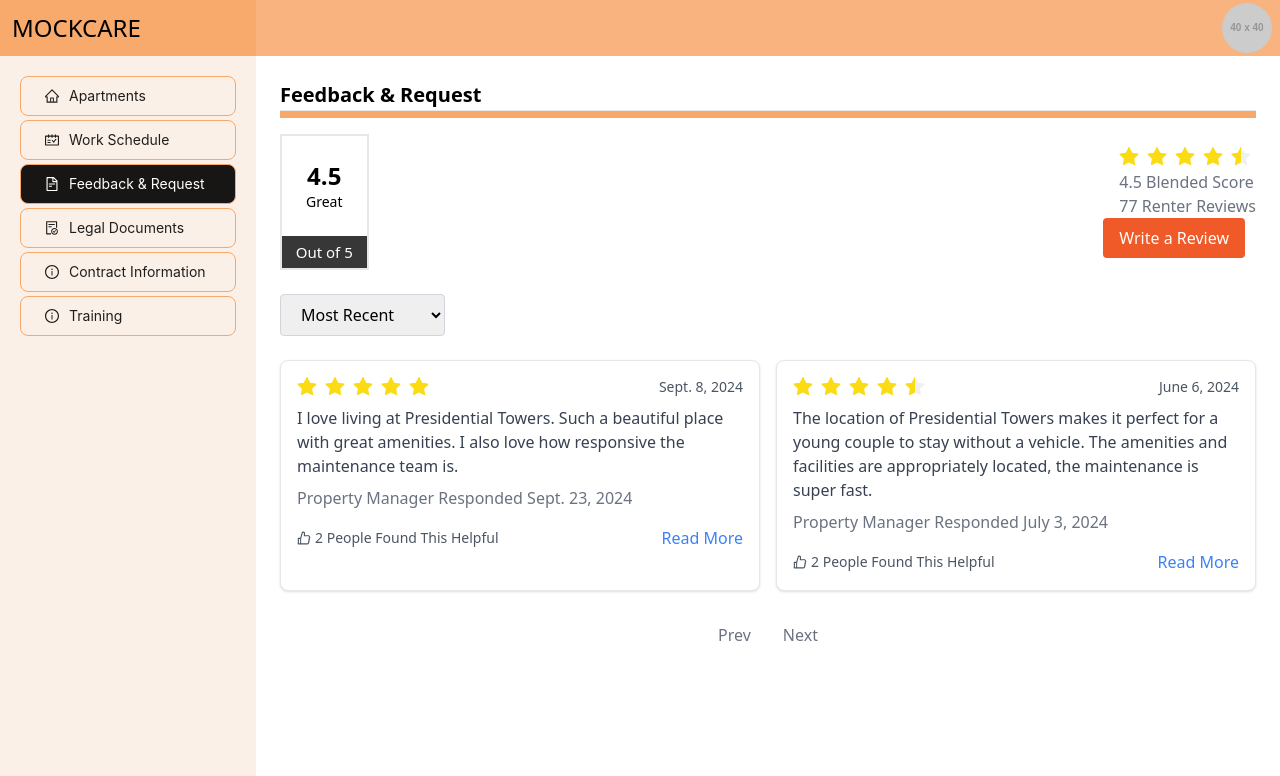
Repository: dunh-real/MockProject_102024_Nhom4
Page: / (app in frontend/)
An editor plug-in stored every save of this project. The page is shown before and after the next save, followed by the edit.
The browser window is 1280 px wide. The pictures show the whole page.
The project was rebuilt for these pictures with package versions that can differ from the ones it lists, and the page was loaded fresh each time. Also part of the build but not shown: frontend/vite.config.js, frontend/vite.config.ts, frontend/src/App.css, frontend/src/component/ReviewModal.tsx.

Above is the page before, as saved 2024-10-09 13:09:36.

### frontend/src/App.tsx

import './App.css'
import ReviewList from './pages/Feedback&Request/Feedback&Request'
// import LoginForm from './pages/Login/Login'

function App() {


  return (
    <>
      {/* <LoginForm/> */}
      <ReviewList/>
    </>
  )
}

export default App

### frontend/src/pages/Feedback&Request/Feedback&Request.tsx
import React, { useState } from 'react';
import { Rate } from 'antd'; // Dùng Antd cho Rate, có thể thay thế bằng biểu tượng của Tailwind nếu cần
import { LikeOutlined } from '@ant-design/icons';
import ReviewModal from '../../component/ReviewModal';
import Sidebar from '../../component/Sidebar';

interface Review {
    date: string;
    rating: number;
    text: string;
    managerResponse: string;
    helpfulCount: number;
}

const reviews: Review[] = [
    {
        date: 'Sept. 8, 2024',
        rating: 5,
        text: 'I love living at Presidential Towers. Such a beautiful place with great amenities. I also love how responsive the maintenance team is.',
        managerResponse: 'Property Manager Responded Sept. 23, 2024',
        helpfulCount: 2,
    },
    {
        date: 'June 6, 2024',
        rating: 4.5,
        text: 'The location of Presidential Towers makes it perfect for a young couple to stay without a vehicle. The amenities and facilities are appropriately located, the maintenance is super fast.',
        managerResponse: 'Property Manager Responded July 3, 2024',
        helpfulCount: 2,
    },
];

const ReviewList: React.FC = () => {
    const [showModal, setShowModal] = useState<boolean>(false);
    const [page, setPage] = useState<number>(1);

    const handlePageChange = (page: number) => {
        setPage(page);
    };

    const handleSortChange = (value: string) => {
        console.log(`Sort by: ${value}`);
    };

    return (
        <div className=" min-h-screen  bg-gray-50">
            <div className='flex  bg-[#f8a769d9]  justify-between items-center'>
                <div className=' bg-[#f8a769d9] p-3 w-1/5'>
                    <h1 className='text-2xl'>MOCKCARE</h1>
                </div>
                <div className="flex  justify-end">
                    <img
                        src="https://via.placeholder.com/40"
                        alt="Avatar"
                        className="rounded-full w-[50px] h-[50px] mr-2"
                    />
                </div>
            </div>
            <div className="flex">
                <Sidebar />
                <div className="w-4/5 p-6 bg-white">
                    <div className='mb-4'>
                        <h2 className='text-[20px] font-bold'>Feedback & Request</h2>
                        <hr className='h-[8px] bg-[#F8A869]' />
                    </div>
                    <div className="flex justify-between items-center mb-6">
                        <div className="flex flex-col border-2  items-center">
                            <div className=" text-center  p-6 ">
                                <div className=''>
                                    <p className="text-2xl font-bold">4.5</p>
                                    <p className="text-sm">Great</p>
                                </div>

                            </div>
                            <div className="text-xs w-full bg-[#000000c8]">
                                <p className='text-white p-2 text-[15px] text-center'>Out of 5</p>
                            </div>
                        </div>
                        <div>
                            <div className="ml-4">
                                <Rate allowHalf defaultValue={4.5} disabled />
                                <div className="text-gray-500">4.5 Blended Score</div>
                                <div className="text-gray-500">77 Renter Reviews</div>
                            </div>
                            <button
                                onClick={() => setShowModal(true)}
                                className="bg-[#f05a28] text-white px-4 py-2 rounded hover:bg-[#f25f30]"
                            >
                                Write a Review
                            </button>
                        </div>
                    </div>
                    <div className="mb-6 flex justify-between">
                        <select
                            onChange={(e) => handleSortChange(e.target.value)}
                            className="border border-gray-300 rounded px-4 py-2"
                        >
                            <option value="recent">Most Recent</option>
                            <option value="highest">Highest Rating</option>
                            <option value="lowest">Lowest Rating</option>
                        </select>
                    </div>
                    <div className="grid grid-cols-1 md:grid-cols-2 gap-4">
                        {reviews.slice((page - 1) * 2, page * 2).map((review, index) => (
                            <div key={index} className="p-4 border border-gray-200 rounded-lg bg-white shadow">
                                <div className="flex justify-between items-center mb-2">
                                    <Rate allowHalf defaultValue={review.rating} disabled />
                                    <span className="text-sm text-gray-600">{review.date}</span>
                                </div>
                                <p className="text-gray-700">{review.text}</p>
                                <p className="text-gray-500 mt-2">{review.managerResponse}</p>
                                <div className="flex justify-between items-center mt-4">
                                    <div className="flex items-center text-sm text-gray-600">
                                        <LikeOutlined className="mr-1" />
                                        {review.helpfulCount} People Found This Helpful
                                    </div>
                                    <button className="text-blue-500">Read More</button>
                                </div>
                            </div>
                        ))}
                    </div>
                    <div className="flex justify-center mt-6">
                        <button
                            onClick={() => handlePageChange(page - 1)}
                            className="px-4 py-2 text-gray-500"
                            disabled={page === 1}
                        >
                            Prev
                        </button>
                        <button
                            onClick={() => handlePageChange(page + 1)}
                            className="px-4 py-2 text-gray-500"
                        >
                            Next
                        </button>
                    </div>
                </div>
            </div>
            {showModal && <ReviewModal setShowModal={setShowModal} />}
        </div>
    );
};

export default ReviewList;

### frontend/src/component/Sidebar.tsx
import { Menu } from 'antd';
import { HomeOutlined, ScheduleOutlined, FileTextOutlined, FileDoneOutlined, InfoCircleOutlined } from '@ant-design/icons';

const Sidebar = () => {
  return (
    <div style={{ width: '20%', minHeight: '100vh', backgroundColor: '#FAF0E8', padding: '1rem' }}>
      <Menu
        defaultSelectedKeys={['feedback']}
        mode="inline"
        style={{ backgroundColor: '#FAF0E8', borderRight: 0 }}
      >
        <Menu.Item
          key="apartments"
          icon={<HomeOutlined />}
          style={{
            padding: '12px 24px',
            border:1, borderStyle:'solid', borderColor:'#F8A869'
          }}
        >
          Apartments
        </Menu.Item>
        <Menu.Item
          key="schedule"
          icon={<ScheduleOutlined />}
          style={{
            padding: '12px 24px',
            border:1, borderStyle:'solid', borderColor:'#F8A869'
          }}
        >
          Work Schedule
        </Menu.Item>
        <Menu.Item
          key="feedback"
          icon={<FileTextOutlined />}
          style={{
            backgroundColor: '#171615',
            color: 'white',
            padding: '12px 24px',
            border:1, borderStyle:'solid', borderColor:'#F8A869'
          }}
        >
          Feedback & Request
        </Menu.Item>
        <Menu.Item
          key="legal"
          icon={<FileDoneOutlined />}
          style={{
            padding: '12px 24px',
            border:1, borderStyle:'solid', borderColor:'#F8A869'
          }}
        >
          Legal Documents
        </Menu.Item>
        <Menu.Item
          key="contract"
          icon={<InfoCircleOutlined />}
          style={{
            padding: '12px 24px',
            border:1, borderStyle:'solid', borderColor:'#F8A869'
          }}
        >
          Contract Information
        </Menu.Item>
        <Menu.Item
          key="training"
          icon={<InfoCircleOutlined />}
          style={{
            padding: '12px 24px',
            border: 1, borderStyle: 'solid', borderColor: '#F8A869'
          }}
        >
          Training
        </Menu.Item>
      </Menu>
    </div>
  );
};

export default Sidebar;

Loaded but not shown: frontend/index.html (common file); frontend/src/main.jsx (common file); frontend/src/index.css (common file); frontend/tailwind.config.js (common file)

After the next save:
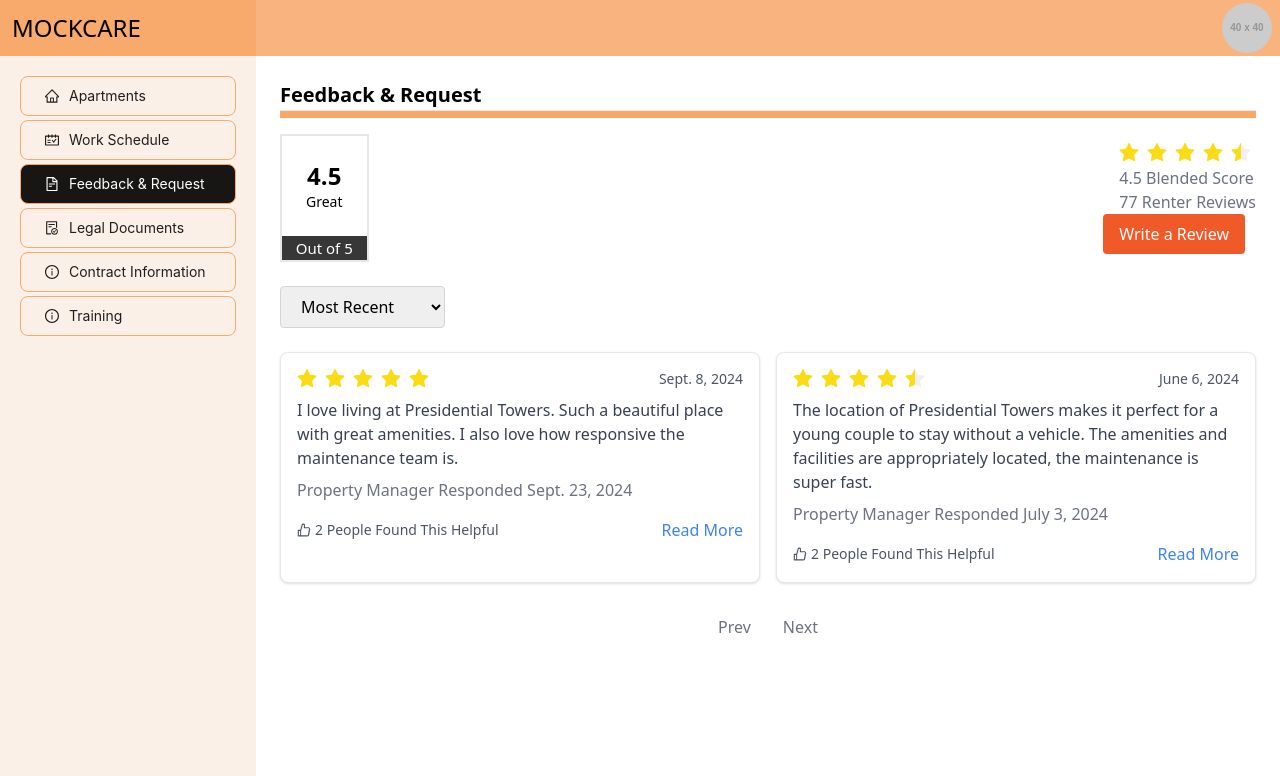
Saved 6 s later.
--- a/frontend/src/pages/Feedback&Request/Feedback&Request.tsx
+++ b/frontend/src/pages/Feedback&Request/Feedback&Request.tsx
@@ -72,7 +72,7 @@ const ReviewList: React.FC = () => {
 
                             </div>
                             <div className="text-xs w-full bg-[#000000c8]">
-                                <p className='text-white p-2 text-[15px] text-center'>Out of 5</p>
+                                <p className='text-white p-1 text-[15px] text-center'>Out of 5</p>
                             </div>
                         </div>
                         <div>
